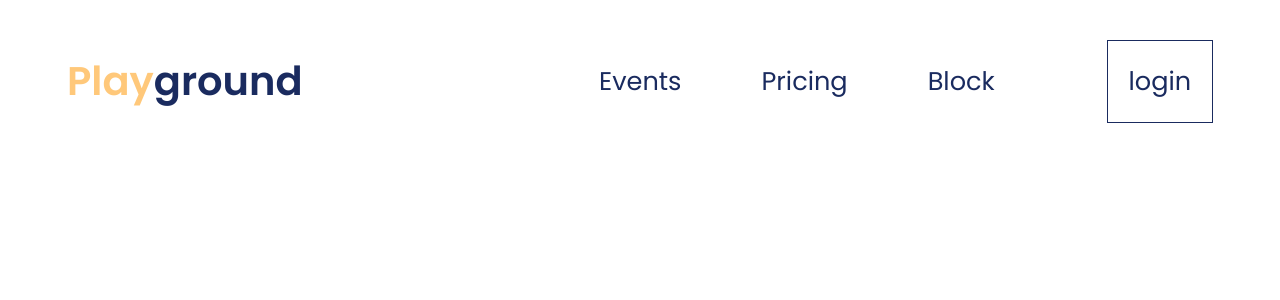
Repository: tuanpham-aptech/front-end
Page: psdtohtml/playgroud/index.html
An editor plug-in stored every save of this project. The page is shown before and after the next save, followed by the edit.
The browser window is 1280 px wide. The pictures show the whole page.
Some web libraries are served in a nearby version.

Above is the page before, as saved 2021-10-13 17:23:58.

After the next save:
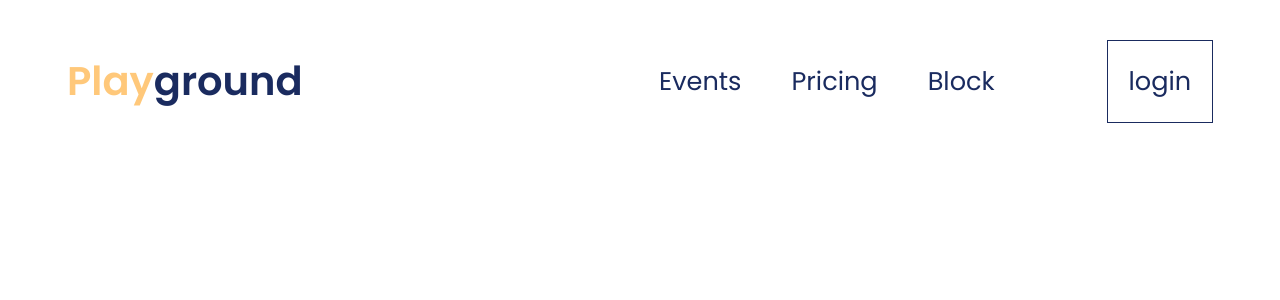
Saved 4 min 44 s later.
--- a/psdtohtml/playgroud/assets/css/style.css
+++ b/psdtohtml/playgroud/assets/css/style.css
@@ -40,7 +40,7 @@
 }
 
 .header__menu-item {
-    margin-left: 5rem;
+    margin-left: 50px;
 }
 
 .header__menu-item:last-child {

After the 2 saves that followed:
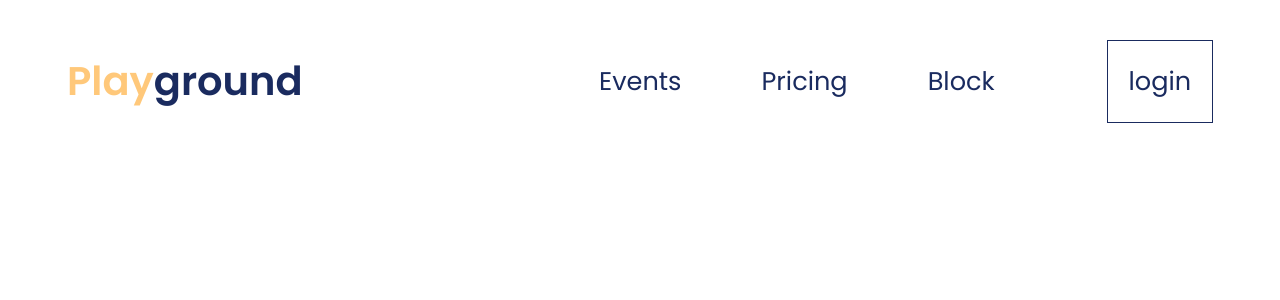
The 2 saves are shown as one change because they came seconds apart.
The last was saved 11 s later.
--- a/psdtohtml/playgroud/assets/css/style.css
+++ b/psdtohtml/playgroud/assets/css/style.css
@@ -40,7 +40,7 @@
 }
 
 .header__menu-item {
-    margin-left: 50px;
+    margin-left: 5rem;
 }
 
 .header__menu-item:last-child {
